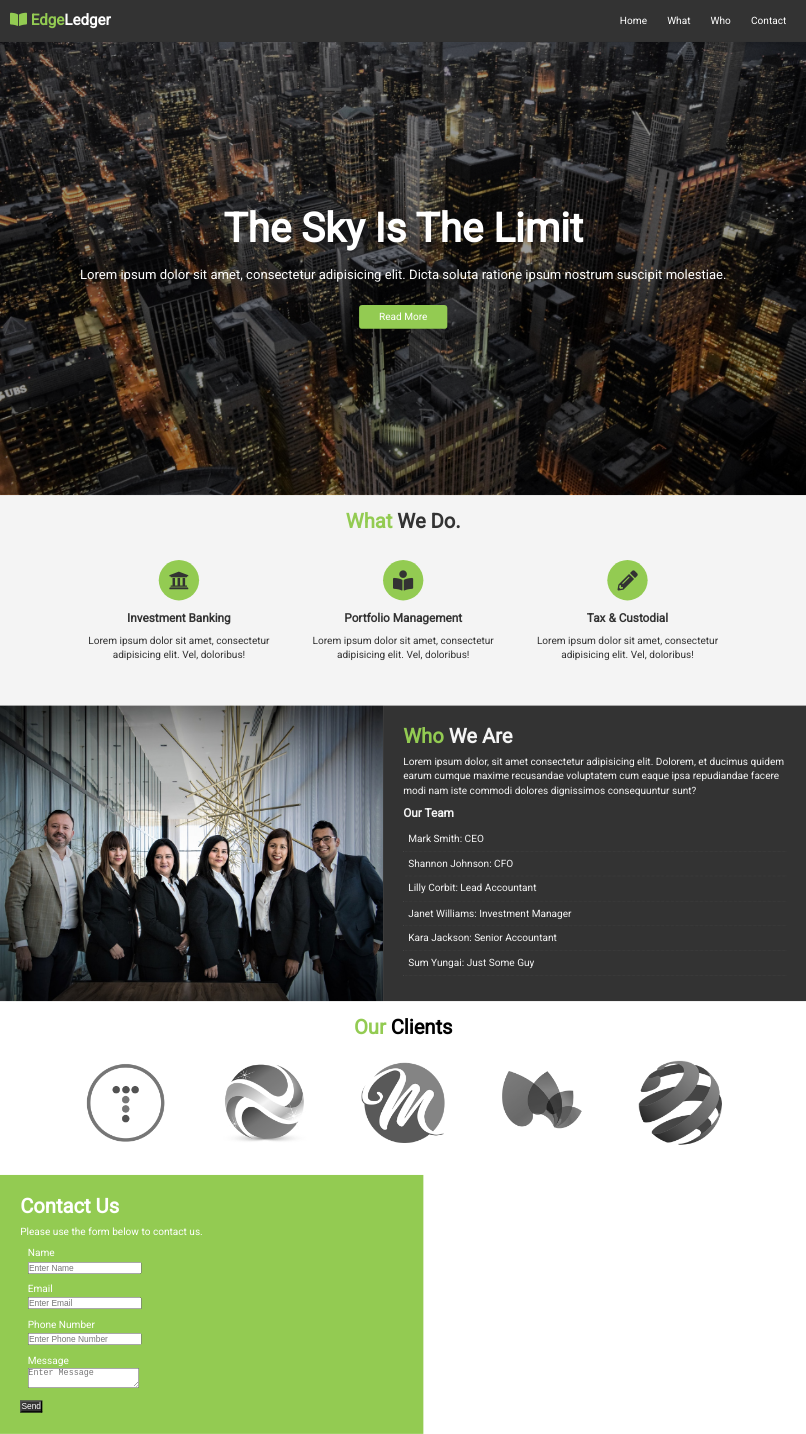
Repository: dimlutine/EdgeLedger
Page: index.html
These files come from the project's save history. The page is drawn as it stood at one moment and after the next save; the edit follows.
The browser window is 1280 px wide. The pictures show the whole page, at 63% of full size.
Some web libraries are served in a nearby version.

Above is the page before, as saved 2019-07-06 20:53:20.

### index.html
<!DOCTYPE html>
<html lang="en">

<head>
    <meta charset="UTF-8">
    <meta name="viewport" content="width=device-width, initial-scale=1.0">
    <meta http-equiv="X-UA-Compatible" content="ie=edge">
    <link rel="stylesheet" href="https://use.fontawesome.com/releases/v5.6.3/css/all.css" integrity="sha384-UHRtZLI+pbxtHCWp1t77Bi1L4ZtiqrqD80Kn4Z8NTSRyMA2Fd33n5dQ8lWUE00s/" crossorigin="anonymous">
    <link rel="stylesheet" media="screen and (max-width: 768px)" href="css/mobile.css">
    <link rel="stylesheet" media="screeb abd (min-width: 1100px)" href="css/widescreen.css">
    <link rel="stylesheet" href="css/style.css">
    <title>EdgeLedger Financial | Accounting & Investment</title>
</head>

<body id="home">
    <!-- Navbar -->
    <nav id="navbar">
        <h1 class="logo">
            <span class="text-primary"><i class="fas fa-book-open"></i> Edge</span>Ledger
        </h1>
        <ul>
            <li><a href="#home">Home</a></li>
            <li><a href="#what">What</a></li>
            <li><a href="#who">Who</a></li>
            <li><a href="#contacts">Contact</a></li>
        </ul>
    </nav>
    <!-- Header: Showcase -->
    <header id="showcase">
        <div class="showcase-content">
            <h1 class="l-heading">
                The Sky Is The Limit
            </h1>
            <p class="lead">Lorem ipsum dolor sit amet, consectetur adipisicing elit. Dicta soluta ratione ipsum nostrum suscipit molestiae.</p>
            <a href="#what" class="btn">Read More</a>
        </div>
    </header>
    <!-- Section: What We Do -->
    <section id="what" class="bg-light py-1">
        <div class="container">
            <h2 class="m-heading text-center">
                <span class="text-primary">What</span> We Do.
            </h2>
            <div class="items">
                <div class="item">
                    <i class="fas fa-university fa-2x"></i>
                    <div>
                        <h3>Investment Banking</h3>
                        <p>Lorem ipsum dolor sit amet, consectetur adipisicing elit. Vel, doloribus!</p>

                    </div>
                </div>
                <div class="item">
                    <i class="fas fa-book-reader fa-2x"></i>
                    <div>
                        <h3>Portfolio Management</h3>
                        <p>Lorem ipsum dolor sit amet, consectetur adipisicing elit. Vel, doloribus!</p>

                    </div>
                </div>
                <div class="item">
                    <i class="fas fa-pencil-alt fa-2x"></i>
                    <div>
                        <h3>Tax & Custodial</h3>
                        <p>Lorem ipsum dolor sit amet, consectetur adipisicing elit. Vel, doloribus!</p>

                    </div>
                </div>
            </div>
        </div>
    </section>

    <!-- Section: Who We Are -->
    <section id="who">
        <div class="who-img"></div>
        <div class="who-text bg-dark p-2">
            <h2 class="m-heading"><span class="text-primary">Who</span> We Are</h2>
            <p>Lorem ipsum dolor, sit amet consectetur adipisicing elit. Dolorem, et ducimus quidem earum cumque maxime recusandae voluptatem cum eaque ipsa repudiandae facere modi nam iste commodi dolores dignissimos consequuntur sunt?</p>
            <h3>Our Team</h3>
            <ul class="list">
                <li>Mark Smith: CEO</li>
                <li>Shannon Johnson: CFO</li>
                <li>Lilly Corbit: Lead Accountant</li>
                <li>Janet Williams: Investment Manager</li>
                <li>Kara Jackson: Senior Accountant</li>
                <li>Sum Yungai: Just Some Guy</li>
            </ul>
        </div>
    </section>
    <!-- Section: Clients -->

    <section id="clients" class="py-1">
        <div class="container">
            <h2 class="m-heading text-center">
                <span class="text-primary">Our</span> Clients
            </h2>
            <div class="items py-1">
                <div><img src="./img/logos/logo1.png" alt="Client"></div>
                <div><img src="./img/logos/logo2.png" alt="Client"></div>
                <div><img src="./img/logos/logo3.png" alt="Client"></div>
                <div><img src="./img/logos/logo4.png" alt="Client"></div>
                <div><img src="./img/logos/logo5.png" alt="Client"></div>

            </div>
        </div>
    </section>
    <!-- Section:  Contact -->

    <section id="contact">
        <div class="contact-form bg-primary p-2">
            <h2 class="m-heading">Contact Us</h2>
            <p>Please use the form below to contact us.</p>
            <form action="">
                <div class="form-group">
                    <label for="name">Name</label>
                    <input type="text" name="name" id="name" placeholder="Enter Name">
                </div>
                <div class="form-group">
                    <label for="email">Email</label>
                    <input type="email" name="email" id="email" placeholder="Enter Email">
                </div>
                <div class="form-group">
                    <label for="phone">Phone Number</label>
                    <input type="text" name="phone" id="phone" placeholder="Enter Phone Number">
                </div>
                <div class="form-group">
                    <label for="message">Message</label>
                    <textarea name="message" id="message" placeholder="Enter Message"></textarea>
                </div>
                <input type="submit" value="Send" class="btn-dark">
            </form>
        </div>
        <div class="map"></div>
    </section>
</body>

</html>

### css/style.css
@import url('https://fonts.googleapis.com/css?family=Roboto&display=swap');
* {
    margin: 0;
    padding: 0;
}

body {
    font-family: 'Roboto', sans-serif;
    line-height: 1.4;
}

a {
    text-decoration: none;
}

p {
    margin: .75rem 0;
}


/* Utility Classes */

.text-center {
    text-align: center;
}

.container {
    max-width: 1100px;
    margin: auto;
    padding: 0 2rem;
    overflow: hidden;
}

.text-primary {
    color: #93cb52;
}

.bg-light {
    background: #f4f4f4;
    color: #333;
}

.bg-dark {
    background: #333;
    color: #f4f4f4;
}

.bg-primary {
    background: #93cb52;
    color: white;
}

.l-heading {
    font-size: 4rem;
    margin-bottom: 0.75rem;
    line-height: 1.1;
}

.m-heading {
    font-size: 2rem;
    margin-bottom: .75rem;
    line-height: 1.1;
}

.lead {
    font-size: 1.3rem;
    margin-bottom: 2rem;
}

.py-1 {
    padding: 1.5rem 0;
}

.py-2 {
    padding: 2rem 0;
}

.py-3 {
    padding: 3rem 0;
}

.p-1 {
    padding: 1.5rem;
}

.p-2 {
    padding: 2rem;
}

.p-3 {
    padding: 3rem;
}

.list {
    margin: .5rem 0;
    list-style: none;
}

.list li {
    padding: .5rem;
    border-bottom: #444 dotted 1px;
}

.btn {
    display: inline-block;
    color: #fff;
    background: #93cb52;
    padding: 0.5rem 2rem;
    border: none;
    border-radius: 5px;
}

.btn:hover {
    background: #7ab436;
}

.btn-dark {
    background: #333;
    color: #fff;
}


/* Navbar */

#navbar {
    display: flex;
    position: sticky;
    top: 0;
    background: #333;
    color: #fff;
    justify-content: space-between;
    z-index: 1;
    padding: 1rem;
}

#navbar ul {
    display: flex;
    align-items: center;
    list-style: none;
}

#navbar ul li a {
    color: #fff;
    padding: 0.75rem;
    margin: 0 0.25rem;
}

#navbar ul li a:hover {
    background: #93cb52;
    border-radius: 5px;
}


/* Showcase */

#showcase {
    background: #333 url(../img/showcase.jpg) no-repeat center center/cover;
    height: 100vh;
    color: #fff;
}

#showcase .showcase-content {
    height: 100%;
    display: flex;
    flex-direction: column;
    justify-content: center;
    text-align: center;
    align-items: center;
    padding: 0 2rem;
    /* Overlay */
    position: absolute;
    top: 65px;
    left: 0;
    right: 0;
    bottom: 0;
    background-color: rgba(0, 0, 0, .4);
}


/* Section: What We Do */

#what .items {
    display: flex;
    padding: 1rem;
}

#what .item {
    flex: 1;
    text-align: center;
    padding: 1rem;
}

#what .items .item i {
    background: #93cb52;
    padding: 1rem;
    border-radius: 50%;
    margin-bottom: 1rem;
}


/* Section: Who We Are */

#who {
    display: flex;
}

#who div {
    flex: 1;
}

#who .who-img {
    background: url(../img/people.jpg) no-repeat center center/cover;
}


/* Section: Clients */

#clients .items {
    display: flex;
}

#clients .items img {
    display: block;
    margin: auto;
    width: 60%;
}


/* Section:  Contact */

#contact {
    display: flex;
}

#contact .map,
#contact .contact-form {
    flex: 1;
}

#contact .contact-form .form-group {
    margin: .75rem;
}

#contact .contact-form label {
    display: block;
}

Loaded but not shown: css/mobile.css (no stored copy; drawn as an empty file); css/widescreen.css (no stored copy; drawn as an empty file)

After the next save:
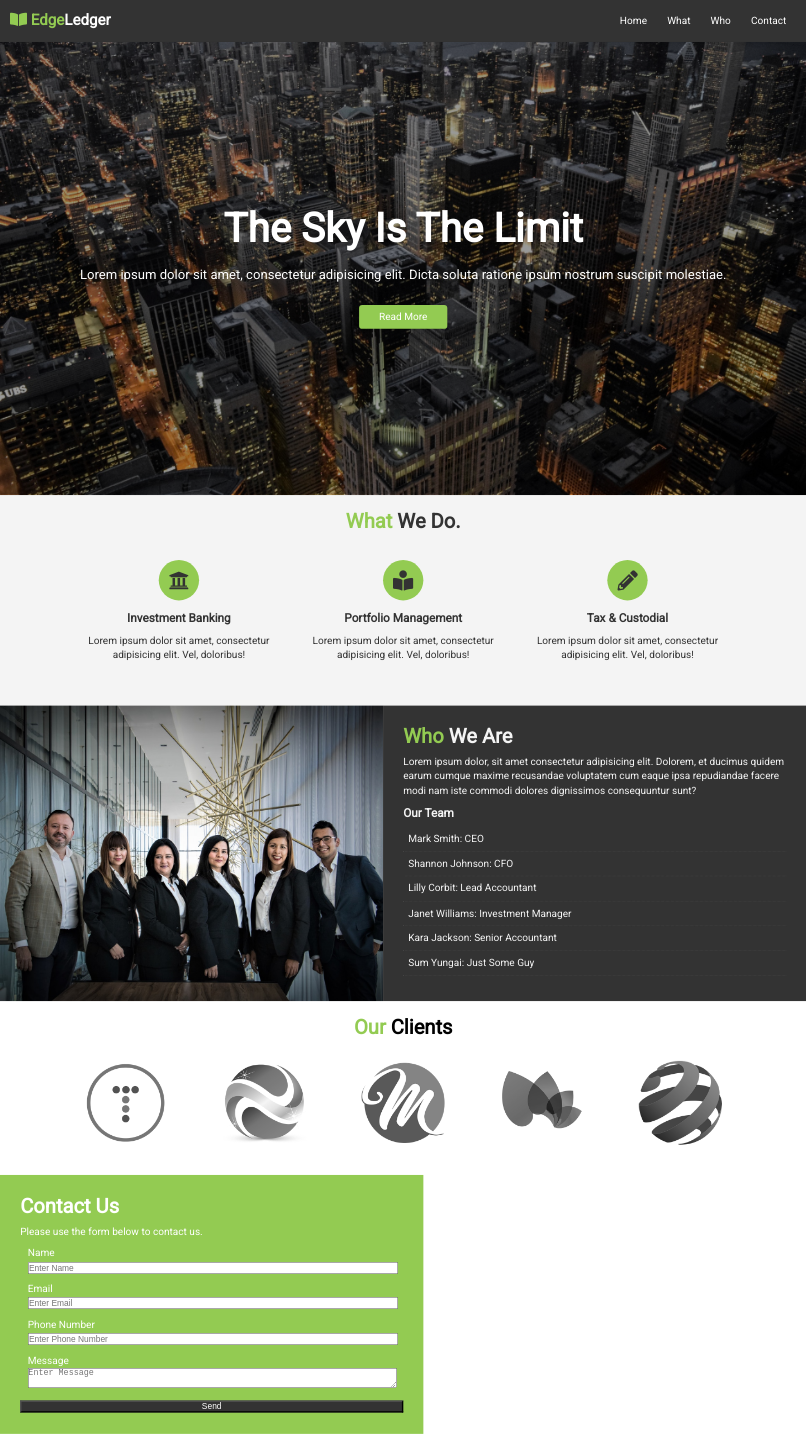
Saved 43 s later.
--- a/css/style.css
+++ b/css/style.css
@@ -244,3 +244,9 @@
 #contact .contact-form label {
     display: block;
 }
+
+#contact .contact-form input,
+#contact .contact-form textarea {
+    width: 100%;
+    padding: .5;
+}
